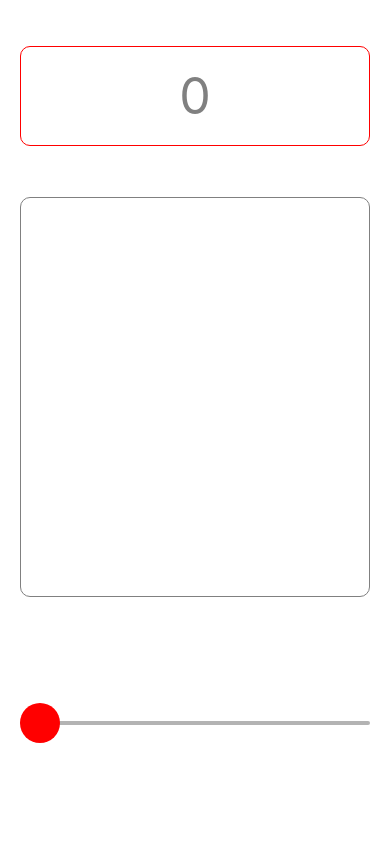
Repository: sonnke/imageResizer
Screen: /
The author's editor kept a copy of each file at every save. The screen is drawn from the files as they stood at one save, then again after the next save.
Pictures or frames that could not be fetched are drawn as grey boxes. The app was drawn by React Native's web renderer in a window 390 px wide. The project was rebuilt for these pictures with package versions that can differ from the ones it lists, and the page was loaded fresh each time.

Above is the screen before, as saved 2020-02-02 19:33:16.

### App.tsx
import React, { useState } from 'react';
import { Image, StyleSheet, Text, View } from 'react-native';
import { Slider } from 'react-native-elements';
import styled from 'styled-components/native';

import imageSource from './images.jpeg';

const MainContainer = styled.View`
  flex: 1;
  flex-direction: column;
  align-items: center;
  justify-content: space-around;
  padding: 20px;
`;

const StopWatch = styled.View`
  width: 100%;
  height: 100px;
  border-width: 1px;
  border-color: red;
  border-radius: 10px;
  justify-content: center;
  align-items: center;
`;

const ImageContainer = styled.View`
  width: 100%;
  height: 400px;
  border-width: 1px;
  border-color: grey;
  border-radius: 10px;
  justify-content: center;
  align-items: center;
`;

const SliderContainer = styled.View`
  width: 100%;
  height: 150px;
  border-color: red;
  border-radius: 10px;
  justify-content: center;
  align-items: center;
`;

const Graphic = styled.Image`
  height: ${({ imgSize }) => imgSize}px;
`;

const StopWatchText = styled.Text`
  font-size: 50px;
  color: grey;
`;

export default function App() {
  const [sliderNum, setSliderNum] = useState<number>(0);
  const [imageSize, setImageSize] = useState<number>(60);

  //set Slider value
  const setSliderValue = (value: number) => {
    const decimalPoint = parseFloat(value.toFixed(2));
    const totalImgSize = decimalPoint + imageSize;
    setSliderNum(decimalPoint);
    setImageSize(totalImgSize);
  };

  return (
    <MainContainer>
      <StopWatch>
        <StopWatchText>{sliderNum}</StopWatchText>
      </StopWatch>
      <ImageContainer>
        <Graphic
          imgSize={imageSize}
          resizeMode={"contain"}
          source={imageSource}
        />
      </ImageContainer>
      <SliderContainer>
        <Slider
          value={sliderNum}
          onValueChange={setSliderValue}
          maximumValue={100}
          minimumValue={0}
          animateTransitions={true}
          minimumTrackTintColor={"#808080"}
          trackStyle={{
            // backgroundColor: "#808080",
            width: 350
          }}
        />
      </SliderContainer>
    </MainContainer>
  );
}

After the next save:
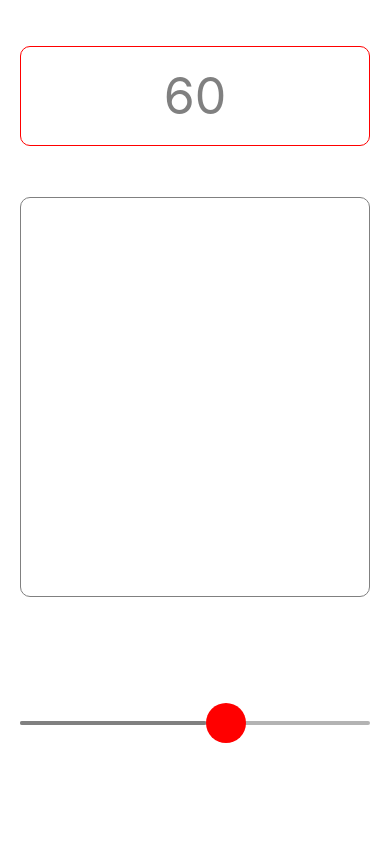
Saved 72 s later.
--- a/App.tsx
+++ b/App.tsx
@@ -52,7 +52,7 @@
 `;
 
 export default function App() {
-  const [sliderNum, setSliderNum] = useState<number>(0);
+  const [sliderNum, setSliderNum] = useState<number>(60);
   const [imageSize, setImageSize] = useState<number>(60);
 
   //set Slider value

After the save that followed:
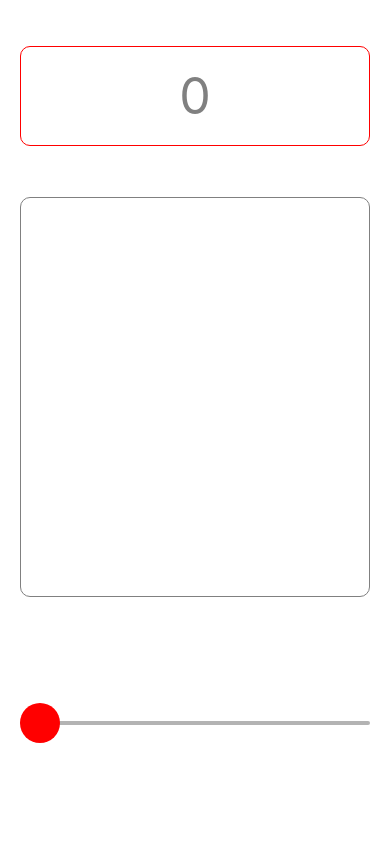
Saved 5 s later.
--- a/App.tsx
+++ b/App.tsx
@@ -52,7 +52,7 @@
 `;
 
 export default function App() {
-  const [sliderNum, setSliderNum] = useState<number>(60);
+  const [sliderNum, setSliderNum] = useState<number>(0);
   const [imageSize, setImageSize] = useState<number>(60);
 
   //set Slider value
